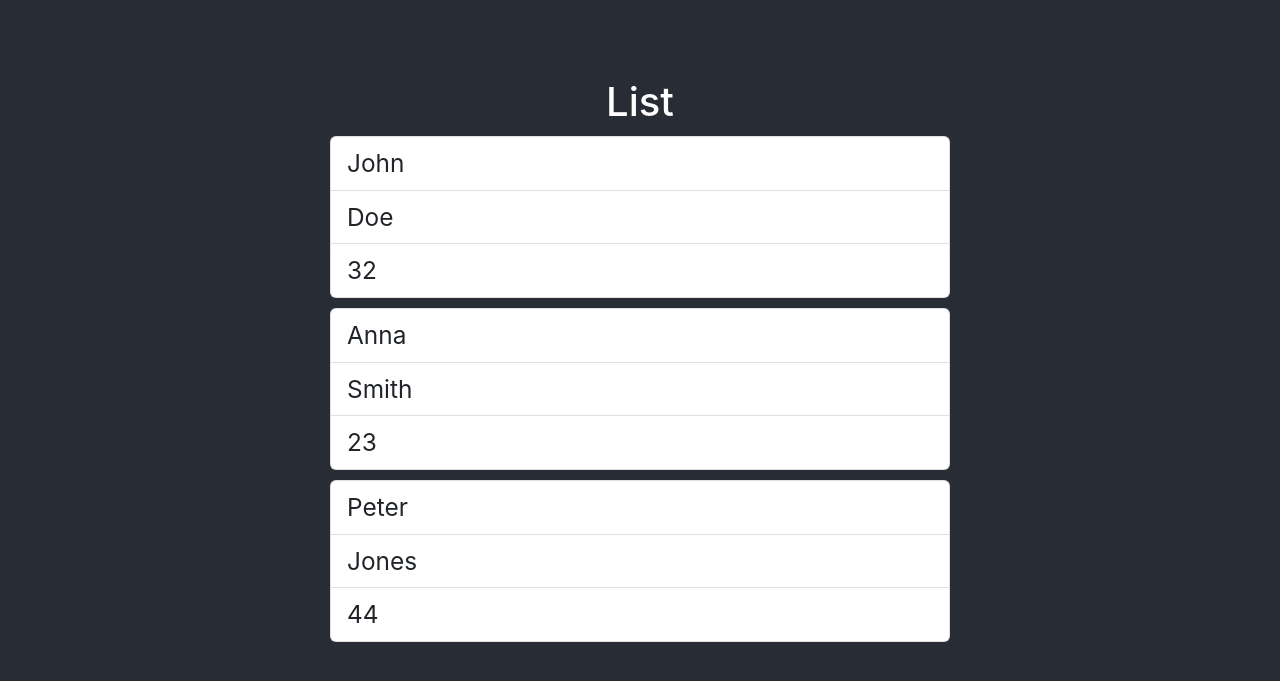
Repository: JasonMorta/ExamplesWithReact
Page: / (app in examples/)
An editor plug-in stored every save of this project. The page is shown before and after the next save, followed by the edit.
The browser window is 1280 px wide. The pictures show the whole page.
The project was rebuilt for these pictures with package versions that can differ from the ones it lists, and the page was loaded fresh each time.

Above is the page before, as saved 2022-10-03 19:48:40.

### examples/public/index.html
<!DOCTYPE html>
<html lang="en">
  <head>
    <meta charset="utf-8" />
    <link rel="icon" href="%PUBLIC_URL%/favicon.ico" />
    <meta name="viewport" content="width=device-width, initial-scale=1" />
    <meta name="theme-color" content="#000000" />
    <meta
      name="description"
      content="Web site created using create-react-app"
    />
    <link rel="apple-touch-icon" href="%PUBLIC_URL%/logo192.png" />
    <!--
      manifest.json provides metadata used when your web app is installed on a
      user's mobile device or desktop. See https://developers.google.com/web/fundamentals/web-app-manifest/
    -->
    <link rel="manifest" href="%PUBLIC_URL%/manifest.json" />
    <!--
      Notice the use of %PUBLIC_URL% in the tags above.
      It will be replaced with the URL of the `public` folder during the build.
      Only files inside the `public` folder can be referenced from the HTML.

      Unlike "/favicon.ico" or "favicon.ico", "%PUBLIC_URL%/favicon.ico" will
      work correctly both with client-side routing and a non-root public URL.
      Learn how to configure a non-root public URL by running `npm run build`.
    -->
    <link href="https://cdn.jsdelivr.net/npm/bootstrap@5.2.1/dist/css/bootstrap.min.css" rel="stylesheet">
    <title>React App</title>
  </head>
  <body>
    <noscript>You need to enable JavaScript to run this app.</noscript>
    <div id="root"></div>
    <!--
      This HTML file is a template.
      If you open it directly in the browser, you will see an empty page.

      You can add webfonts, meta tags, or analytics to this file.
      The build step will place the bundled scripts into the <body> tag.

      To begin the development, run `npm start` or `yarn start`.
      To create a production bundle, use `npm run build` or `yarn build`.
    -->
  </body>
</html>

### examples/src/App.js
import logo from './logo.svg';
import './App.css';
import Instance from './components/Instance';





function App() {
  return (
    <div className="App">
      <header className="App-header">
      <Instance />
      </header>
    </div>
  );
}

export default App;

### examples/src/App.css
.App {
  text-align: center;
}

.App-logo {
  height: 40vmin;
  pointer-events: none;
}

@media (prefers-reduced-motion: no-preference) {
  .App-logo {
    animation: App-logo-spin infinite 20s linear;
  }
}

.App-header {
  background-color: #282c34;
  min-height: 100vh;
  display: flex;
  flex-direction: column;
  align-items: center;
  justify-content: center;
  font-size: calc(10px + 2vmin);
  color: white;
}

.App-link {
  color: #61dafb;
}

@keyframes App-logo-spin {
  from {
    transform: rotate(0deg);
  }
  to {
    transform: rotate(360deg);
  }
}


ul {
  margin: 10px;
  text-align: initial;
}

### examples/src/components/Instance.jsx
import React from 'react'

export default function Instance() {

const employees = [
  { firstName: "John", lastName: "Doe", age: 32 },
  { firstName: "Anna", lastName: "Smith", age: 23 },
  { firstName: "Peter", lastName: "Jones", age: 44 },
];



  return (
    <div style={{minWidth: "50%"}}>
      <h1>List</h1>

      {employees.map(obj =>
        <ul class="list-group">
          <li class="list-group-item">{obj.firstName}</li>
          <li class="list-group-item">{obj.lastName}</li>
          <li class="list-group-item">{obj.age}</li>
        </ul>
      )}
    </div>
  );
}

Loaded but not shown: examples/src/index.js (common file); examples/src/index.css (common file); examples/src/reportWebVitals.js (common file)

After the next save:
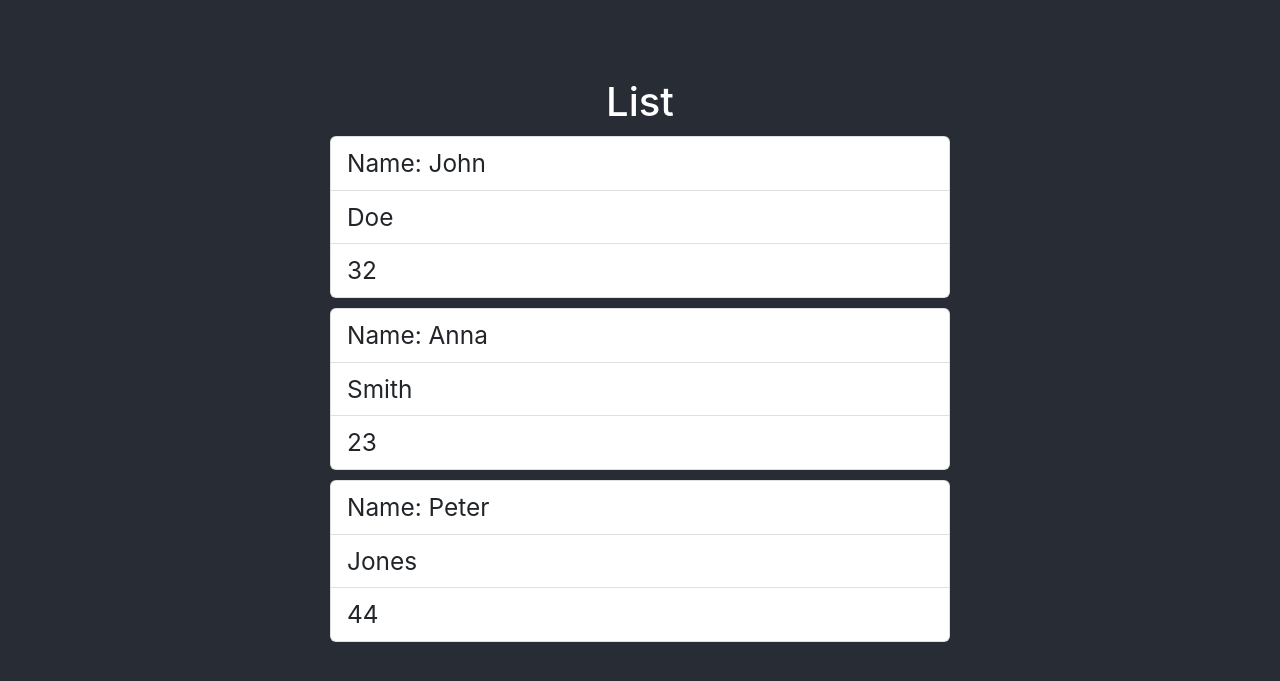
Saved 16 s later.
--- a/examples/src/components/Instance.jsx
+++ b/examples/src/components/Instance.jsx
@@ -16,7 +16,7 @@
 
       {employees.map(obj =>
         <ul class="list-group">
-          <li class="list-group-item">{obj.firstName}</li>
+          <li class="list-group-item">Name: {obj.firstName}</li>
           <li class="list-group-item">{obj.lastName}</li>
           <li class="list-group-item">{obj.age}</li>
         </ul>
